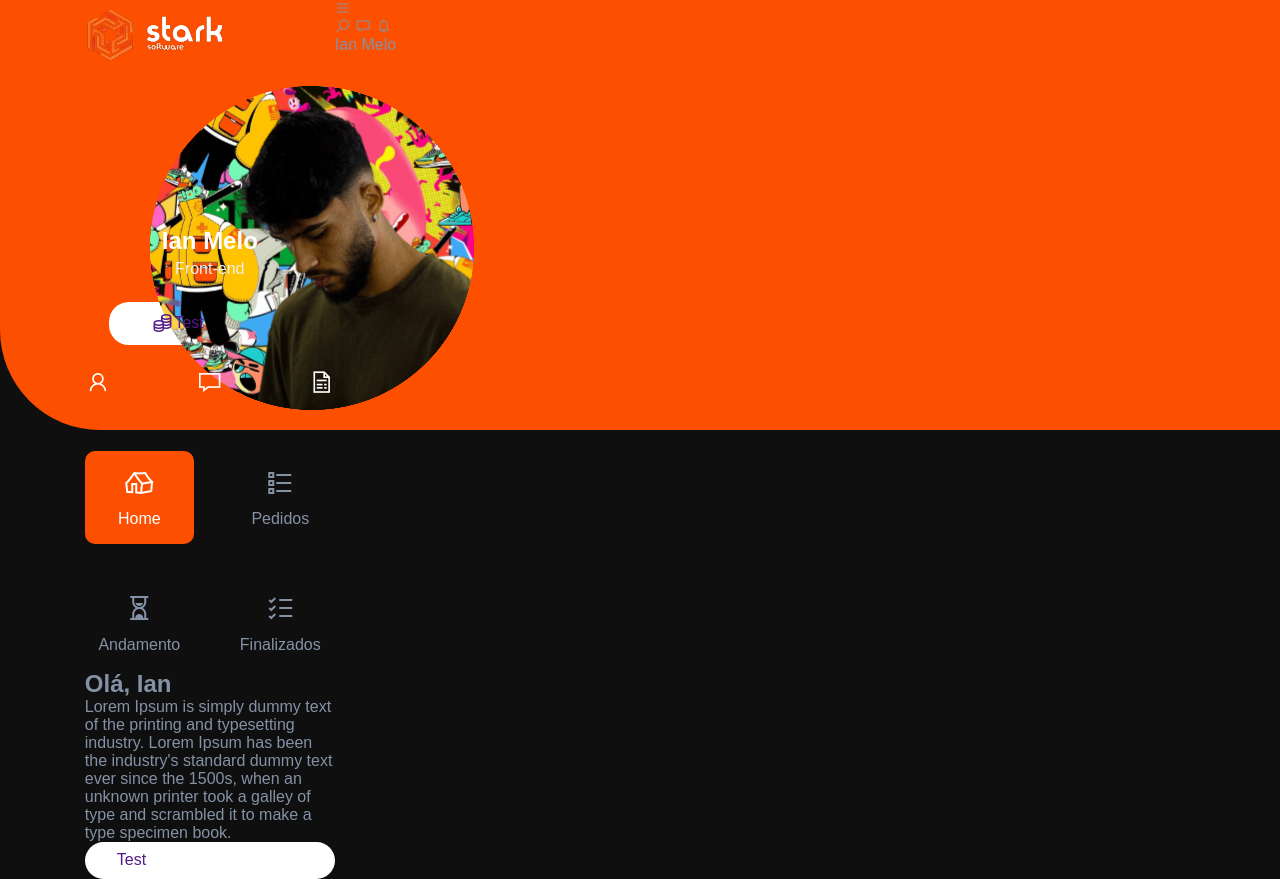
Repository: ichumbo/StarkDashboard
Page: index.html
The author's editor kept a copy of each file at every save. The page is drawn from the files as they stood at one save, then again after the next save.
The browser window is 1280 px wide. The pictures show the whole page.
Pictures or frames that could not be fetched are drawn as grey boxes.

Above is the page before, as saved 2023-06-06 19:01:21.

After the next save:
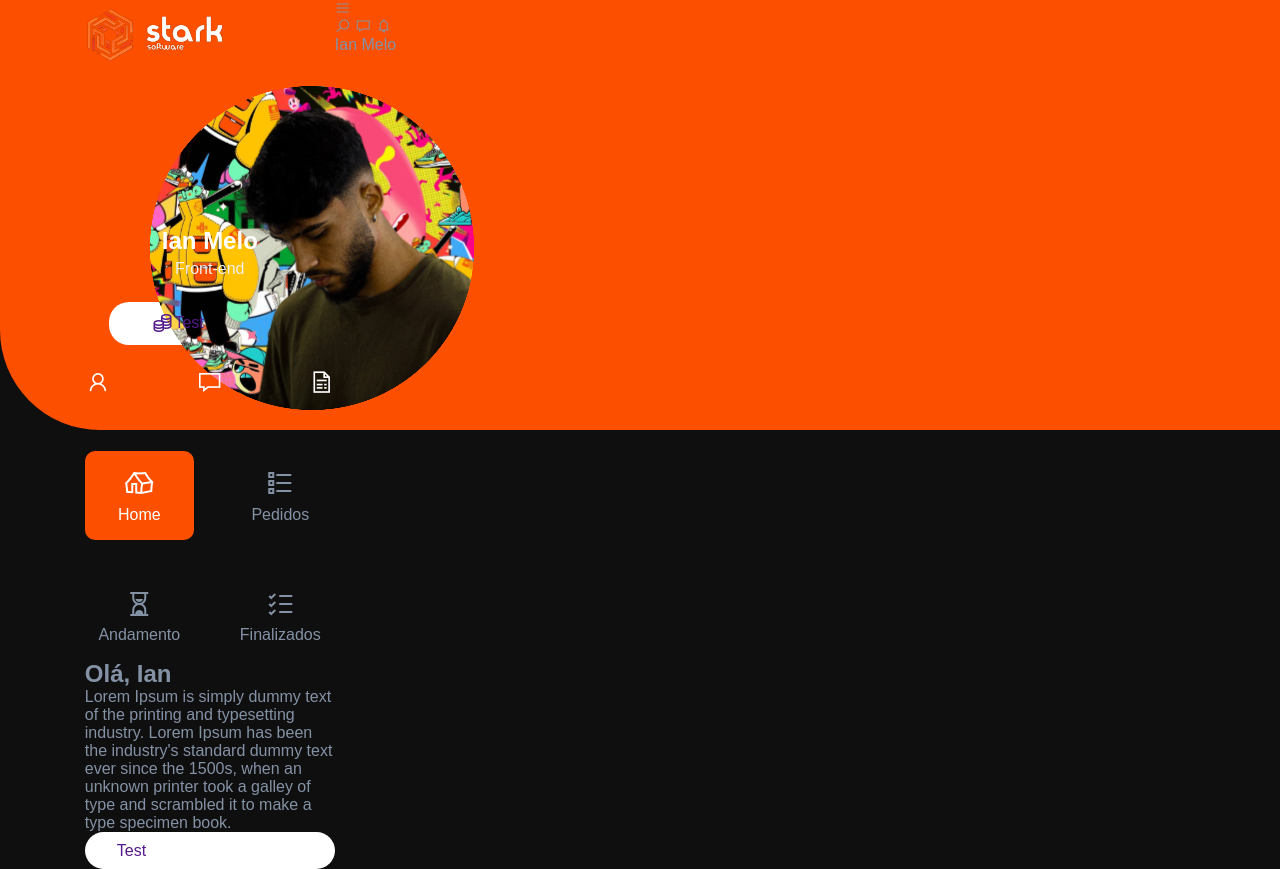
Saved 114 s later.
--- a/css/sidebar.css
+++ b/css/sidebar.css
@@ -84,7 +84,7 @@
 
 .menu-item a span:first-child {
     font-size: 2rem;
-    margin-bottom: .7rem;
+    margin-bottom: .4rem;
 }
 
 .menu-item a.active {
